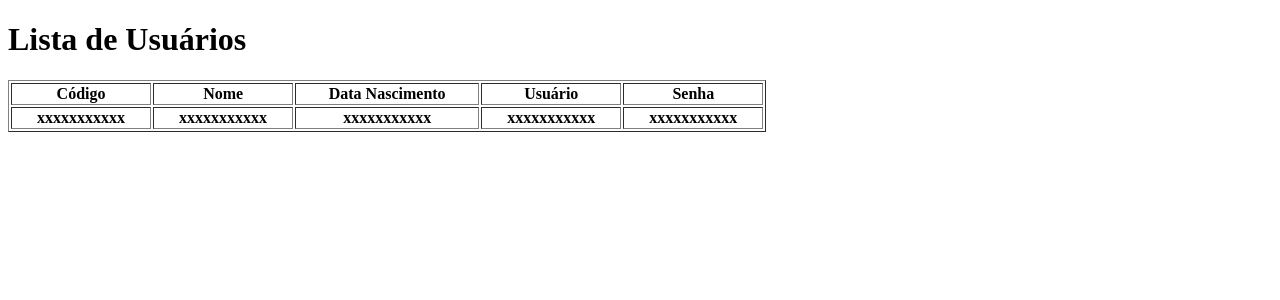
Repository: HigorRoc/Uninove_2021.1_AplicacaoWebQuarta
Page: http://localhost/usersManager/formMostraUsuarios.jsp
These files come from the project's save history. The page is drawn as it stood at one moment and after a run of saves; the edit follows.
The browser window is 1280 px wide. The pictures show the whole page.
The page is served by Tomcat 9. Other server files are loaded and not shown.

Above is the page before, as saved 2021-05-20 00:14:27.

### usersManager/WebContent/formMostraUsuarios.jsp
<%@ page language="java" contentType="text/html; charset=ISO-8859-1"
	pageEncoding="ISO-8859-1"%>

<!DOCTYPE html>
<html>
	<head>
		<meta charset="ISO-8859-1">
		<title>Usuarios</title>
	</head>
	<body>
		<h1>Lista de Usuários</h1>
		<table border="1" width="60%">
			<thead>
				<tr>
					<th>Código</th>
					<th>Nome</th>
					<th>Data Nascimento</th>
					<th>Usuário</th>
					<th>Senha</th>
				</tr>
			</thead>
			<tbody>
				<tr>
					<th>xxxxxxxxxxx</th>
					<th>xxxxxxxxxxx</th>
					<th>xxxxxxxxxxx</th>
					<th>xxxxxxxxxxx</th>
					<th>xxxxxxxxxxx</th>
				</tr>
			</tbody>
		</table>
	</body>
</html>

After the next 2 saves:
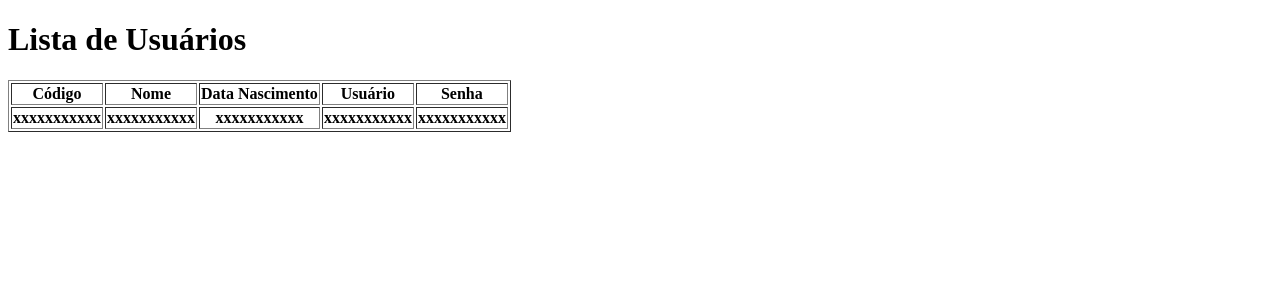
The 2 saves are shown as one change because they came seconds apart.
The last was saved 12 s later.
--- a/usersManager/WebContent/formMostraUsuarios.jsp
+++ b/usersManager/WebContent/formMostraUsuarios.jsp
@@ -9,7 +9,7 @@
 	</head>
 	<body>
 		<h1>Lista de Usuários</h1>
-		<table border="1" width="60%">
+		<table border="1" widht="60%">
 			<thead>
 				<tr>
 					<th>Código</th>

After the save that followed:
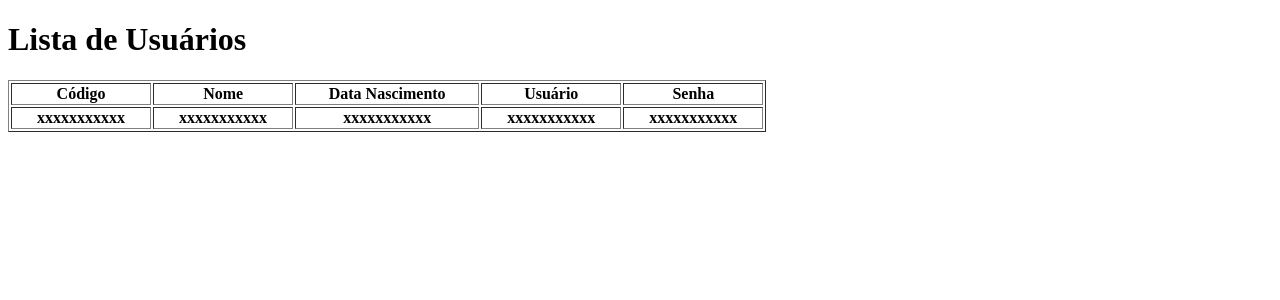
Saved 5 s later.
--- a/usersManager/WebContent/formMostraUsuarios.jsp
+++ b/usersManager/WebContent/formMostraUsuarios.jsp
@@ -9,7 +9,7 @@
 	</head>
 	<body>
 		<h1>Lista de Usuários</h1>
-		<table border="1" widht="60%">
+		<table border="1" width="60%">
 			<thead>
 				<tr>
 					<th>Código</th>
